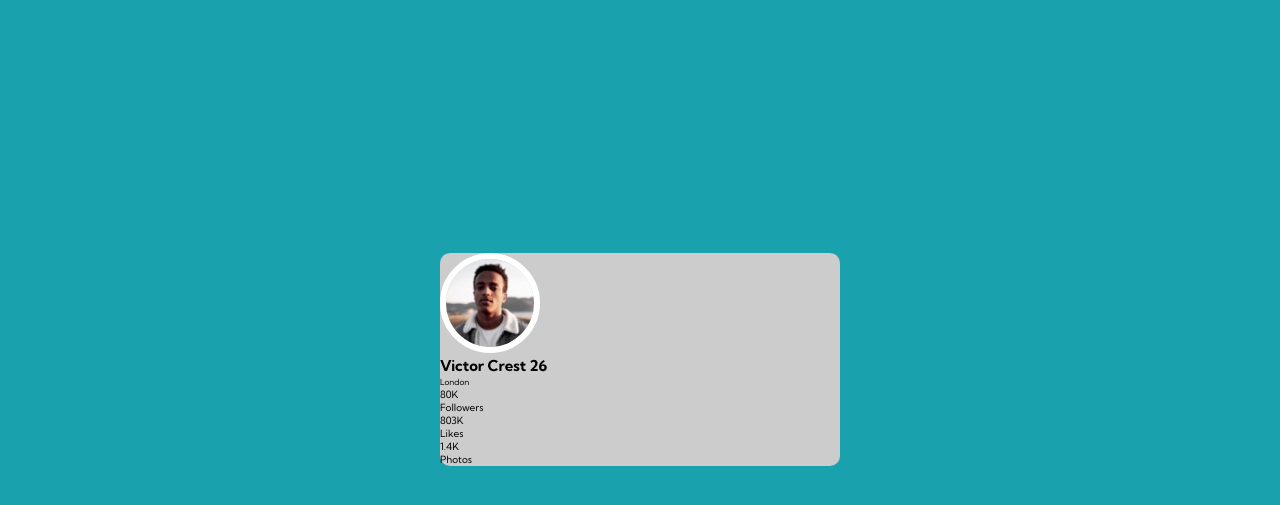
Repository: thaibaocoder1/profile-card-component-main
Page: index.html
These files come from the project's save history. The page is drawn as it stood at one moment and after a run of saves; the edit follows.
The browser window is 1280 px wide. The pictures show the whole page.

Above is the page before, as saved 2023-01-11 13:32:46.

After the next 2 saves:
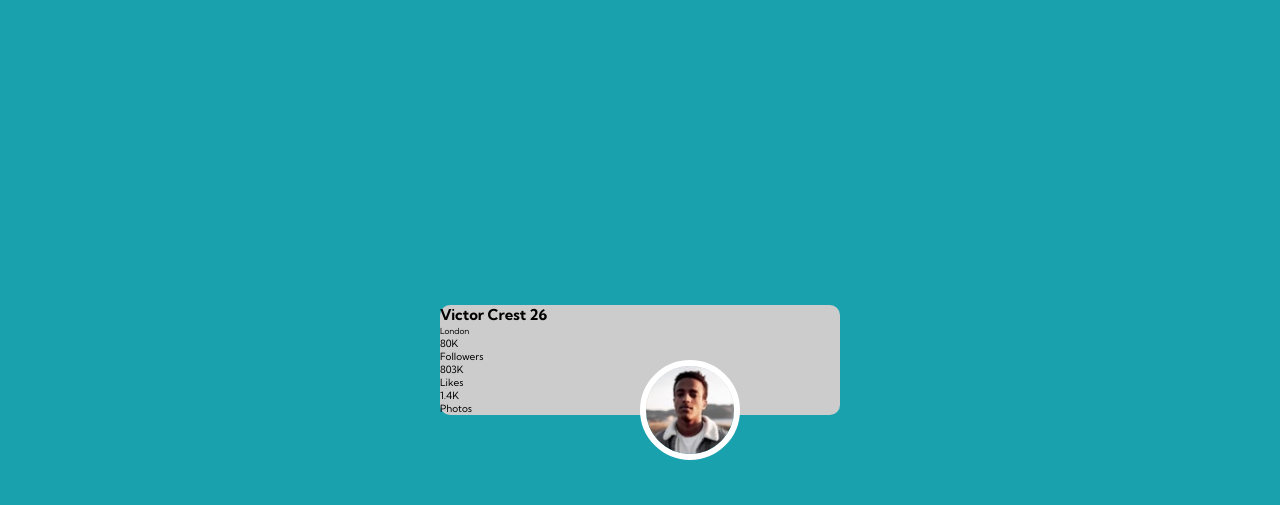
The 2 saves are shown as one change because they came seconds apart.
The last was saved 8 s later.
--- a/style.css
+++ b/style.css
@@ -42,4 +42,7 @@ body {
     border-radius: 50%;
     object-fit: cover;
     border: 6px solid #fff;
+    position: absolute;
+    top: 50%;
+    left: 50%;
 }
